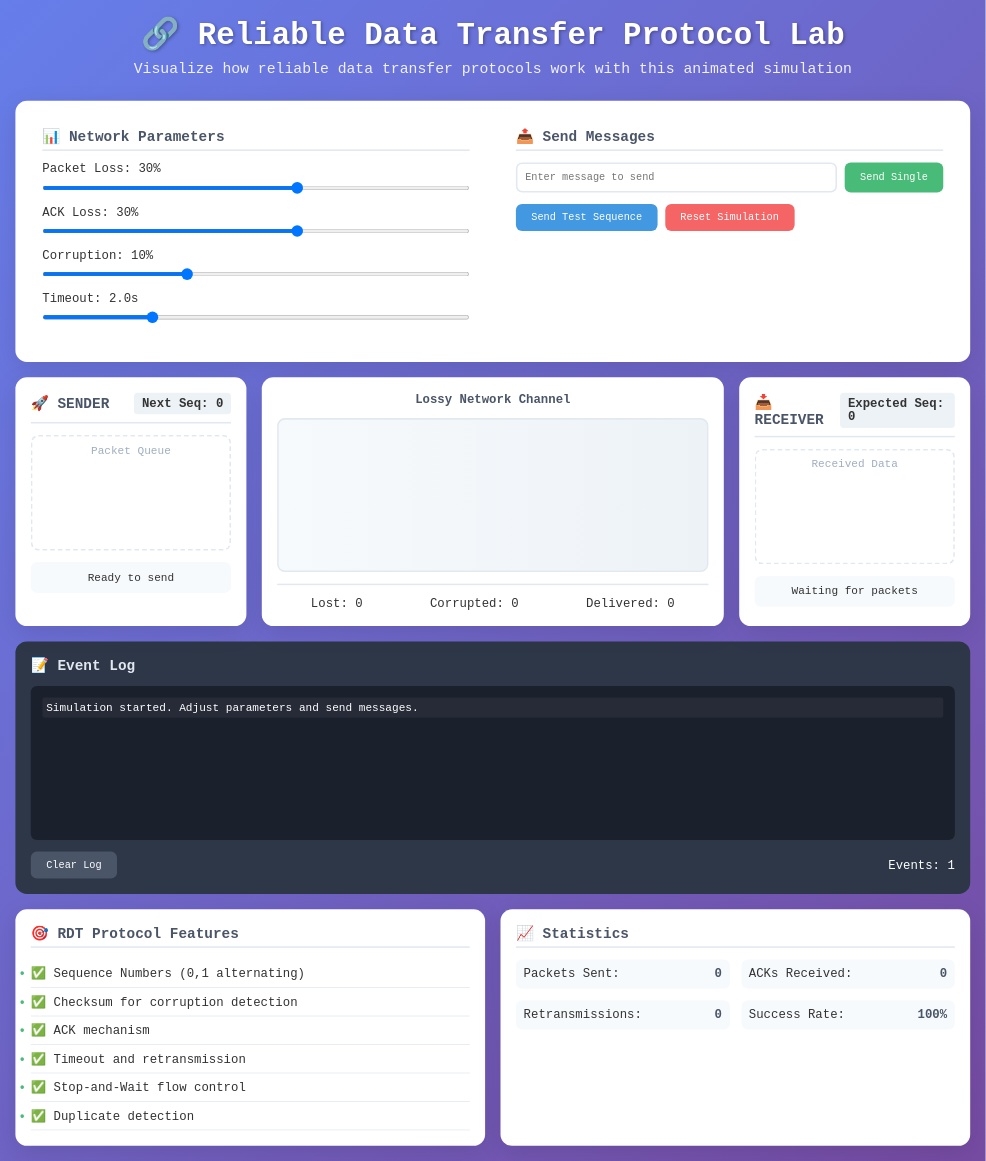
Repository: Sakib2405/PSTU_Academic
Page: 5th Semister/CCE-313,314(Networking)/Sessional/rdt-lab/index.html
These files come from the project's save history. The page is drawn as it stood at one moment and after the next save; the edit follows.
The browser window is 1280 px wide. The pictures show the whole page, at 77% of full size.
Some web fonts or font styles are not loaded; a fallback is used.

Above is the page before, as saved 2025-11-24 13:48:35.

After the next save:
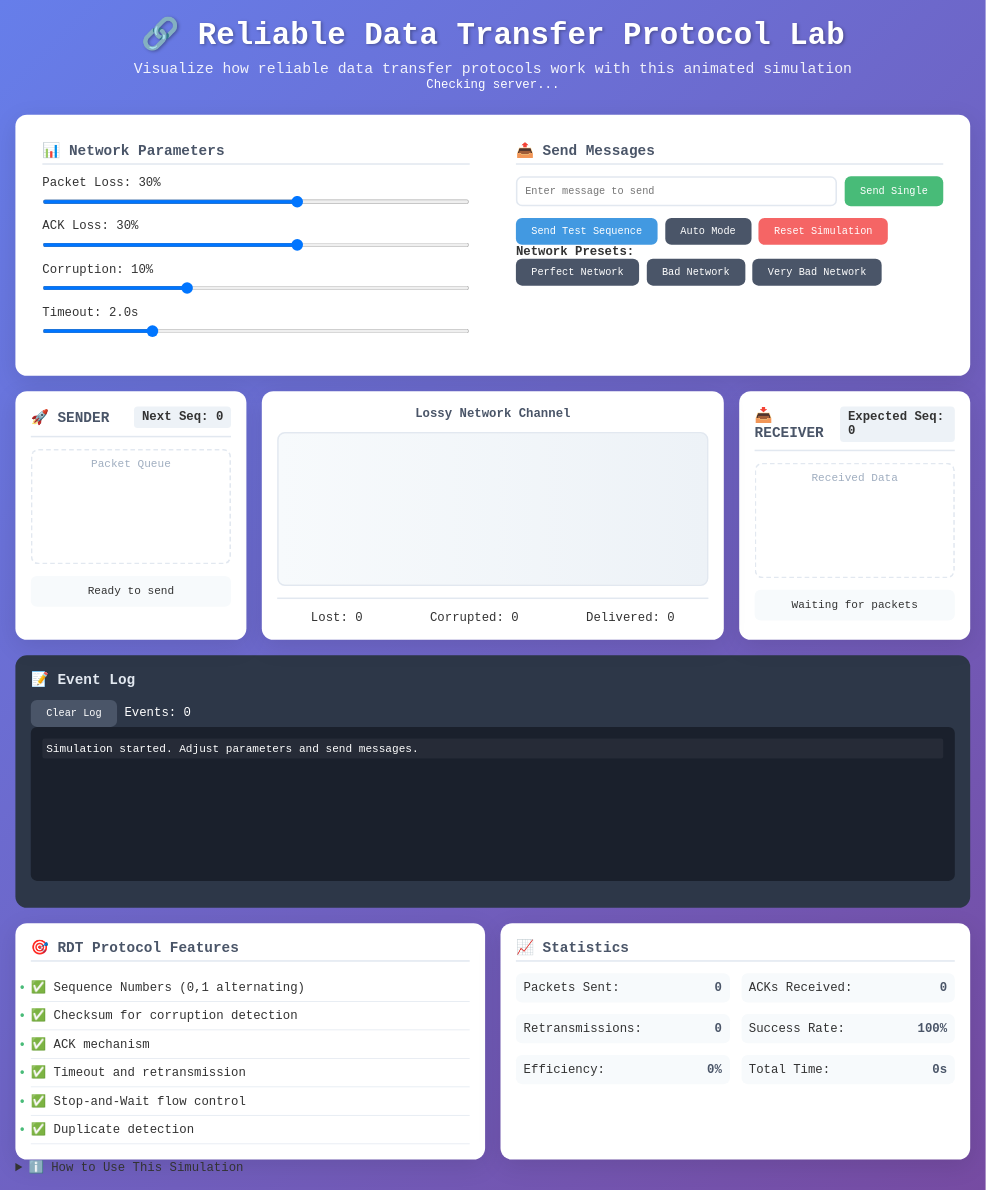
Saved 14 s later.
--- a/5th Semister/CCE-313,314(Networking)/Sessional/rdt-lab/index.html
+++ b/5th Semister/CCE-313,314(Networking)/Sessional/rdt-lab/index.html
@@ -12,6 +12,9 @@
         <header>
             <h1>🔗 Reliable Data Transfer Protocol Lab</h1>
             <p>Visualize how reliable data transfer protocols work with this animated simulation</p>
+            <div class="server-status">
+                <span id="serverStatus">Checking server...</span>
+            </div>
         </header>
 
         <div class="simulation-container">
@@ -41,10 +44,19 @@
                     <h3>📤 Send Messages</h3>
                     <div class="input-group">
                         <input type="text" id="messageInput" placeholder="Enter message to send" maxlength="20">
-                        <button id="sendSingle">Send Single</button>
+                        <button id="sendSingle" class="btn-primary">Send Single</button>
                     </div>
-                    <button id="sendMultiple">Send Test Sequence</button>
-                    <button id="resetSim">Reset Simulation</button>
+                    <div class="button-group">
+                        <button id="sendMultiple" class="btn-secondary">Send Test Sequence</button>
+                        <button id="autoMode" class="btn-secondary">Auto Mode</button>
+                        <button id="resetSim" class="btn-danger">Reset Simulation</button>
+                    </div>
+                    <div class="preset-buttons">
+                        <h4>Network Presets:</h4>
+                        <button class="btn-preset" data-preset="perfect">Perfect Network</button>
+                        <button class="btn-preset" data-preset="bad">Bad Network</button>
+                        <button class="btn-preset" data-preset="very-bad">Very Bad Network</button>
+                    </div>
                 </div>
             </div>
 
@@ -66,7 +78,11 @@
                 <div class="channel">
                     <div class="channel-label">Lossy Network Channel</div>
                     <div class="packet-animation-area" id="packetAnimation">
-                        <!-- Packets will be animated here -->
+                        <div class="network-effects">
+                            <div class="effect loss" title="Packet Loss"></div>
+                            <div class="effect corruption" title="Corruption"></div>
+                            <div class="effect delay" title="Network Delay"></div>
+                        </div>
                     </div>
                     <div class="channel-stats">
                         <div>Lost: <span id="lostCount">0</span></div>
@@ -90,13 +106,15 @@
 
             <!-- Log Console -->
             <div class="log-console">
-                <h3>📝 Event Log</h3>
+                <div class="console-header">
+                    <h3>📝 Event Log</h3>
+                    <div class="log-controls">
+                        <button id="clearLog" class="btn-small">Clear Log</button>
+                        <span class="log-counter">Events: <span id="logCount">0</span></span>
+                    </div>
+                </div>
                 <div class="console-output" id="eventLog">
-                    <div class="log-entry">Simulation started. Adjust parameters and send messages.</div>
-                </div>
-                <div class="console-controls">
-                    <button id="clearLog">Clear Log</button>
-                    <span class="log-counter">Events: <span id="logCount">1</span></span>
+                    <div class="log-entry info">Simulation started. Adjust parameters and send messages.</div>
                 </div>
             </div>
         </div>
@@ -133,8 +151,39 @@
                         <span class="stat-label">Success Rate:</span>
                         <span class="stat-value" id="statSuccess">100%</span>
                     </div>
+                    <div class="stat-item">
+                        <span class="stat-label">Efficiency:</span>
+                        <span class="stat-value" id="statEfficiency">0%</span>
+                    </div>
+                    <div class="stat-item">
+                        <span class="stat-label">Total Time:</span>
+                        <span class="stat-value" id="statTime">0s</span>
+                    </div>
                 </div>
             </div>
+        </div>
+
+        <!-- Help Section -->
+        <div class="help-section">
+            <details>
+                <summary>ℹ️ How to Use This Simulation</summary>
+                <div class="help-content">
+                    <p><strong>Quick Start:</strong></p>
+                    <ol>
+                        <li>Click "Send Test Sequence" to see the protocol in action</li>
+                        <li>Adjust network parameters using sliders</li>
+                        <li>Try different network presets (Perfect/Bad/Very Bad)</li>
+                        <li>Watch the animated packets and read the event log</li>
+                    </ol>
+                    <p><strong>What You're Seeing:</strong></p>
+                    <ul>
+                        <li>🔵 Blue packets: Data being sent</li>
+                        <li>🟢 Green packets: ACK confirmations</li>
+                        <li>🔴 Red packets: Lost in transmission</li>
+                        <li>🟠 Orange packets: Corrupted data</li>
+                    </ul>
+                </div>
+            </details>
         </div>
     </div>
 
